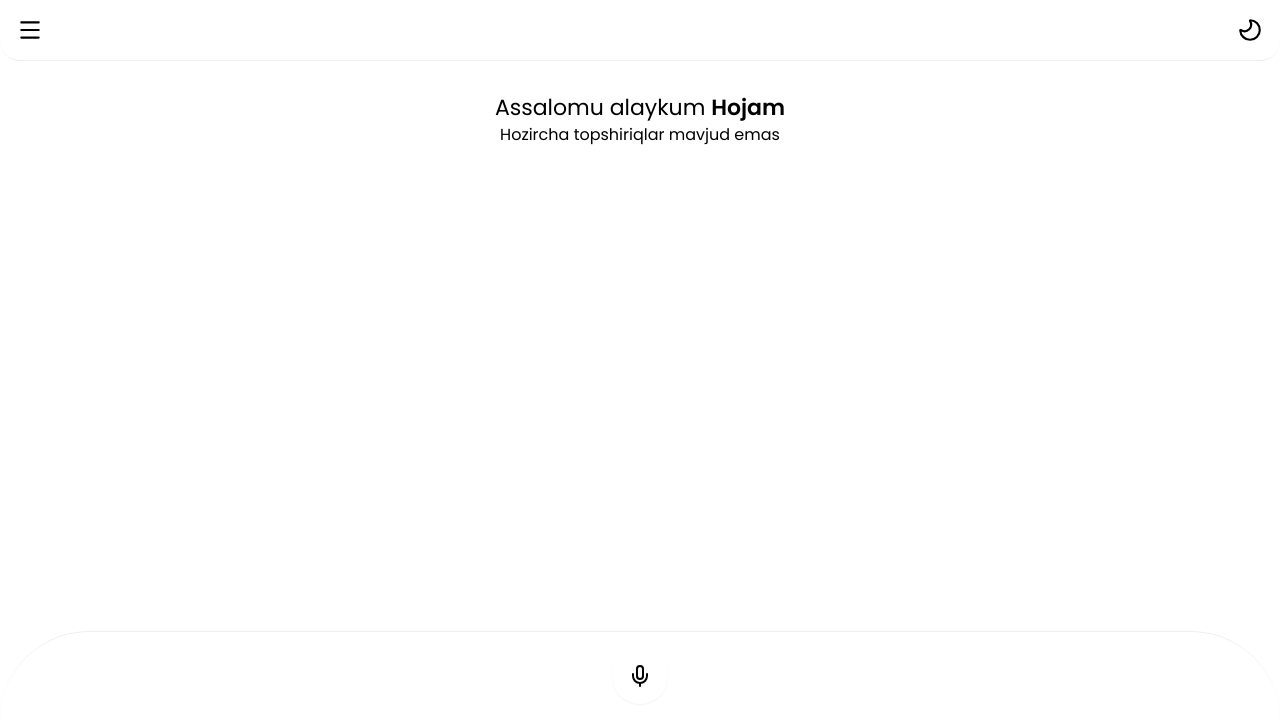
Repository: zaynobiddinovofficel-debug/KotibaAI
Page: / (app in web/)
An editor plug-in stored every save of this project. The page is shown before and after the next save, followed by the edit.
The browser window is 1280 px wide. The pictures show the whole page.
Some web fonts or font styles are not loaded; a fallback is used. The project was rebuilt for these pictures with package versions that can differ from the ones it lists, and the page was loaded fresh each time. Also part of the build but not shown: web/vite.config.js.

Above is the page before, as saved 2026-03-25 21:25:05.

### web/index.html
<!doctype html>
<html lang="en">
  <head>
    <meta charset="UTF-8" />
    <link rel="icon" type="image/svg+xml" href="/vite.svg" />
    <meta name="viewport" content="width=device-width, initial-scale=1.0" />
    <title>web</title>
    <link rel="preconnect" href="https://fonts.googleapis.com">
    <link rel="preconnect" href="https://fonts.gstatic.com" crossorigin>
    <link href="https://fonts.googleapis.com/css2?family=Barlow+Semi+Condensed:ital,wght@0,100;0,200;0,300;0,400;0,500;0,600;0,700;0,800;0,900;1,100;1,200;1,300;1,400;1,500;1,600;1,700;1,800;1,900&family=Big+Shoulders:opsz,wght@10..72,100..900&family=Chewy&family=Inter:ital,opsz,wght@0,14..32,100..900;1,14..32,100..900&family=Lexend+Deca:wght@100..900&family=Poppins:ital,wght@0,100;0,200;0,300;0,400;0,500;0,600;0,700;0,800;0,900;1,100;1,200;1,300;1,400;1,500;1,600;1,700;1,800;1,900&family=Roboto+Condensed:ital,wght@0,100..900;1,100..900&display=swap" rel="stylesheet">
  </head>
  <body class="font-[Poppins]">
    <div id="root"></div>
    <script type="module" src="/src/main.jsx"></script>
  </body>
</html>

### web/src/App.jsx
import { Button } from "@/components/ui/button"
import { MenuIcon, MicIcon, MoonIcon, PauseIcon, PlayIcon, SendIcon, SunIcon, XIcon } from "lucide-react"
import React from "react"
export default function App() {
  const barCount = 24;
  const sttApiKey = import.meta.env.VITE_UZBEKVOICE_API_KEY;
  const geminiApiKey = import.meta.env.VITE_GEMINI_API_KEY;
  const [tasks,setTasks] = React.useState(JSON.parse(localStorage.getItem("tasks")));
  const [username,setUsername] = React.useState(localStorage.getItem("username"));
  const [isLight,setIsLight] = React.useState(localStorage.getItem("theme")=="light");
  const [isRecording, setIsRecording] = React.useState(false);
  const [isPaused, setIsPaused] = React.useState(false);
  const [audioUrl, setAudioUrl] = React.useState(null);
  const [isPreviewPlaying, setIsPreviewPlaying] = React.useState(false);
  const [isSubmitting, setIsSubmitting] = React.useState(false);
  const [transcript, setTranscript] = React.useState("");
  const [geminiReply, setGeminiReply] = React.useState("");
  const [submitError, setSubmitError] = React.useState("");
  const [audioLevels, setAudioLevels] = React.useState(Array.from({ length: barCount }, () => 10));
  const mediaRecorderRef = React.useRef(null);
  const streamRef = React.useRef(null);
  const chunksRef = React.useRef([]);
  const recordAudioContextRef = React.useRef(null);
  const recordAnalyserRef = React.useRef(null);
  const previewAudioContextRef = React.useRef(null);
  const previewAnalyserRef = React.useRef(null);
  const animationFrameRef = React.useRef(null);
  const audioPreviewRef = React.useRef(null);
  const previewSourceRef = React.useRef(null);

  const rebuildAudioUrl = React.useCallback(() => {
    if (chunksRef.current.length === 0) return;

    setAudioUrl((currentUrl) => {
      if (currentUrl) {
        URL.revokeObjectURL(currentUrl);
      }

      return URL.createObjectURL(new Blob(chunksRef.current, { type: "audio/webm" }));
    });
  }, []);

  const stopVisualizer = React.useCallback(() => {
    if (animationFrameRef.current) {
      cancelAnimationFrame(animationFrameRef.current);
      animationFrameRef.current = null;
    }
    setAudioLevels(Array.from({ length: barCount }, () => 10));
  }, [barCount]);

  const startVisualizer = React.useCallback((analyser) => {
    const dataArray = new Uint8Array(analyser.frequencyBinCount);

    const updateLevels = () => {
      analyser.getByteFrequencyData(dataArray);
      const step = Math.max(1, Math.floor(dataArray.length / barCount));
      const nextLevels = Array.from({ length: barCount }, (_, index) => {
        const value = dataArray[index * step] ?? 0;
        return Math.max(10, Math.round((value / 255) * 64));
      });

      setAudioLevels(nextLevels);
      animationFrameRef.current = requestAnimationFrame(updateLevels);
    };

    updateLevels();
  }, [barCount]);

  const stopStream = React.useCallback(() => {
    if (streamRef.current) {
      streamRef.current.getTracks().forEach((track) => track.stop());
      streamRef.current = null;
    }
  }, []);

  const resetRecorder = React.useCallback(() => {
    if (audioPreviewRef.current) {
      audioPreviewRef.current.pause();
      audioPreviewRef.current.currentTime = 0;
    }

    setIsRecording(false);
    setIsPaused(false);
    setIsPreviewPlaying(false);
    stopVisualizer();

    if (previewAudioContextRef.current) {
      previewAudioContextRef.current.close();
      previewAudioContextRef.current = null;
    }
    if (recordAudioContextRef.current) {
      recordAudioContextRef.current.close();
      recordAudioContextRef.current = null;
    }

    previewAnalyserRef.current = null;
    recordAnalyserRef.current = null;
    previewSourceRef.current = null;
    mediaRecorderRef.current = null;
    chunksRef.current = [];

    setAudioUrl((currentUrl) => {
      if (currentUrl) {
        URL.revokeObjectURL(currentUrl);
      }

      return null;
    });
    stopStream();
  }, [stopStream, stopVisualizer]);

  const startRecording = React.useCallback(async () => {
    const stream = await navigator.mediaDevices.getUserMedia({ audio: true });
    const mediaRecorder = new MediaRecorder(stream);
    const audioContext = new window.AudioContext();
    const analyser = audioContext.createAnalyser();
    const source = audioContext.createMediaStreamSource(stream);

    chunksRef.current = [];
    streamRef.current = stream;
    mediaRecorderRef.current = mediaRecorder;
    recordAudioContextRef.current = audioContext;
    recordAnalyserRef.current = analyser;
    setAudioUrl((currentUrl) => {
      if (currentUrl) {
        URL.revokeObjectURL(currentUrl);
      }

      return null;
    });
    setIsPreviewPlaying(false);

    analyser.fftSize = 64;
    analyser.smoothingTimeConstant = 0.85;
    source.connect(analyser);

    mediaRecorder.ondataavailable = (event) => {
      if (event.data.size > 0) {
        chunksRef.current.push(event.data);
        rebuildAudioUrl();
      }
    };

    mediaRecorder.onstop = () => {
      resetRecorder();
    };

    mediaRecorder.start();
    startVisualizer(recordAnalyserRef.current);
    setIsRecording(true);
    setIsPaused(false);
  }, [rebuildAudioUrl, resetRecorder, startVisualizer]);

  const stopRecording = React.useCallback(() => {
    if (mediaRecorderRef.current && mediaRecorderRef.current.state !== "inactive") {
      mediaRecorderRef.current.stop();
      return;
    }

    resetRecorder();
  }, [resetRecorder]);

  const togglePause = React.useCallback(() => {
    if (!mediaRecorderRef.current) return;

    if (mediaRecorderRef.current.state === "recording") {
      mediaRecorderRef.current.pause();
      mediaRecorderRef.current.requestData();
      if (animationFrameRef.current) {
        cancelAnimationFrame(animationFrameRef.current);
        animationFrameRef.current = null;
      }
      setAudioLevels(Array.from({ length: barCount }, () => 10));
      setIsPaused(true);
      return;
    }

    if (mediaRecorderRef.current.state === "paused") {
      mediaRecorderRef.current.resume();
      if (recordAnalyserRef.current) {
        startVisualizer(recordAnalyserRef.current);
      }
      setIsPaused(false);
    }
  }, [barCount, startVisualizer]);

  const togglePreviewPlayback = React.useCallback(() => {
    if (!audioPreviewRef.current || !audioUrl) return;

    if (isPreviewPlaying) {
      audioPreviewRef.current.pause();
      audioPreviewRef.current.currentTime = 0;
      setIsPreviewPlaying(false);
      stopVisualizer();
      return;
    }

    if (!previewAudioContextRef.current) {
      const audioContext = new window.AudioContext();
      const analyser = audioContext.createAnalyser();
      const source = audioContext.createMediaElementSource(audioPreviewRef.current);

      analyser.fftSize = 64;
      analyser.smoothingTimeConstant = 0.85;
      source.connect(analyser);
      analyser.connect(audioContext.destination);

      previewAudioContextRef.current = audioContext;
      previewAnalyserRef.current = analyser;
      previewSourceRef.current = source;
    }

    if (previewAudioContextRef.current.state === "suspended") {
      previewAudioContextRef.current.resume();
    }
    if (previewAnalyserRef.current) {
      startVisualizer(previewAnalyserRef.current);
    }
    audioPreviewRef.current.play();
    setIsPreviewPlaying(true);
  }, [audioUrl, isPreviewPlaying, startVisualizer, stopVisualizer]);

  const sendRecording = React.useCallback(async () => {
    if (!sttApiKey) {
      setSubmitError("VITE_UZBEKVOICE_API_KEY envga qo'yilmagan");
      return;
    }

    if (chunksRef.current.length === 0) {
      setSubmitError("Yuborish uchun audio topilmadi");
      return;
    }

    try {
      setIsSubmitting(true);
      setSubmitError("");
      setTranscript("");
      setGeminiReply("");

      if (audioPreviewRef.current) {
        audioPreviewRef.current.pause();
        audioPreviewRef.current.currentTime = 0;
      }

      const formData = new FormData();
      const audioFile = new File([new Blob(chunksRef.current, { type: "audio/webm" })], "recording.webm", {
        type: "audio/webm",
      });

      formData.append("file", audioFile);
      formData.append("return_offsets", "false");
      formData.append("run_diarization", "false");
      formData.append("language", "uz");
      formData.append("blocking", "true");

      const response = await fetch("https://uzbekvoice.ai/api/v1/stt", {
        method: "POST",
        headers: {
          Authorization: sttApiKey,
        },
        body: formData,
      });

      const data = await response.json();

      if (!response.ok) {
        throw new Error(data?.message || data?.detail || "STT so'rovida xatolik");
      }

      const recognizedText = data?.result?.text || "";
      setTranscript(recognizedText);

      if (!geminiApiKey) {
        throw new Error("VITE_GEMINI_API_KEY envga qo'yilmagan");
      }

      const geminiResponse = await fetch(
        `https://generativelanguage.googleapis.com/v1beta/models/gemini-2.0-flash:generateContent?key=${geminiApiKey}`,
        {
          method: "POST",
          headers: {
            "Content-Type": "application/json",
          },
          body: JSON.stringify({
            contents: [
              {
                parts: [
                  {
                    text: `Siz Uzbek tilida ishlaydigan yordamchisiz. Foydalanuvchi nutqidan olingan matnni tahlil qiling, uning niyati va so'rovini qisqa aniqlang, keyin foydalanuvchiga foydali, aniq va qisqa javob yozing. Javobni faqat oddiy matn ko'rinishida qaytaring.\n\nNutq matni:\n${recognizedText}`,
                  },
                ],
              },
            ],
          }),
        }
      );

      const geminiData = await geminiResponse.json();

      if (!geminiResponse.ok) {
        throw new Error(
          geminiData?.error?.message || "Gemini so'rovida xatolik"
        );
      }

      const geminiText =
        geminiData?.candidates?.[0]?.content?.parts?.map((part) => part.text).join("") || "";

      setGeminiReply(geminiText);
      resetRecorder();
    } catch (error) {
      setSubmitError(error.message || "Audio yuborishda xatolik");
    } finally {
      setIsSubmitting(false);
    }
  }, [resetRecorder, sttApiKey]);

  React.useEffect(() => {
    return () => {
      if (mediaRecorderRef.current && mediaRecorderRef.current.state !== "inactive") {
        mediaRecorderRef.current.stop();
      }
      if (audioPreviewRef.current) {
        audioPreviewRef.current.pause();
      }
      if (previewAudioContextRef.current) {
        previewAudioContextRef.current.close();
        previewAudioContextRef.current = null;
      }
      if (recordAudioContextRef.current) {
        recordAudioContextRef.current.close();
        recordAudioContextRef.current = null;
      }
      previewAnalyserRef.current = null;
      recordAnalyserRef.current = null;
      resetRecorder();
    };
  }, [resetRecorder]);

  return (
    <div className="min-h-screen w-full flex flex-col items-center">
    <div className="px-3 py-3 max-w-[1280px] w-full border-b border-b-[#0001] flex justify-between rounded-bl-[20px] rounded-br-[20px]">
      <Button className={`w-[36px]`} variant={'ghost'}>
        <MenuIcon className="size-6.5" />
      </Button>
      <Button className={`w-[36px]`} variant={'ghost'}>
        {isLight?<SunIcon className="size-6.5" />:<MoonIcon className="size-6.5 rotate-270" />}
      </Button>
    </div>
    {(tasks==null||tasks.length==0)&&
    <div className="px-3 py-3 max-w-[1280px] w-full flex flex-col items-center my-6 text-center gap-2">
    <span className="text-[22px] leading-none">Assalomu alaykum <b className="font-[550]">
      {username==null?"Hojam":username}
    </b></span>
    <span className="leading-none">Hozircha topshiriqlar mavjud emas</span>
    </div>}
    {transcript&&<div className="px-3 py-3 max-w-[1280px] w-full">
      <div className="text-sm">{transcript}</div>
    </div>}
    {geminiReply&&<div className="px-3 py-3 max-w-[1280px] w-full">
      <div className="text-sm">{geminiReply}</div>
    </div>}
    {submitError&&<div className="px-3 py-2 max-w-[1280px] w-full text-sm text-red-600">{submitError}</div>}
    <div className="px-3 max-w-[1280px] w-full flex justify-center mt-auto border-t rounded-tl-full rounded-tr-full border-[#eee] bg-background/90 px-4 py-4 backdrop-blur-sm">
      <div className="flex w-full max-w-md flex-col items-center gap-4 ">
        {isRecording&&<div className="flex h-20 w-full items-end justify-center gap-1">
          {audioLevels.map((level, index) => (
            <div
              key={index}
              className={`w-2 rounded-full bg-primary/80 transition-all duration-75 ${isPaused ? "opacity-40" : ""}`}
              style={{ height: `${level}px` }}
            />
          ))}
        </div>}
        {audioUrl&&<audio
          ref={audioPreviewRef}
          src={audioUrl}
          onEnded={() => {
            setIsPreviewPlaying(false);
            stopVisualizer();
            setAudioLevels(Array.from({ length: barCount }, () => 10));
          }}
          className="hidden"
        />}
      <div className="flex items-center gap-3" >
        {isRecording&&<Button variant="outline" size="icon" aria-label="Cancel" onClick={stopRecording}>
          <XIcon className="size-5" />
        </Button>}
        <Button
          size="icon"
          className="size-14 rounded-full"
          aria-label={isPaused ? "Play chunk" : "Mic"}
          onClick={isRecording ? (isPaused ? togglePreviewPlayback : stopRecording) : startRecording}
          disabled={isSubmitting}
        >
          {isPaused ? <PlayIcon className="size-6 fill-current" /> : <MicIcon className="size-6" />}
        </Button>
        {isRecording&&<Button
          variant="secondary"
          size="icon"
          aria-label={isPaused ? "Send" : "Pause"}
          onClick={isPaused ? sendRecording : togglePause}
          disabled={isSubmitting}
        >
          {isPaused ? <SendIcon className="size-5" /> : <PauseIcon className="size-5 fill-current" />}
        </Button>}
      </div>
      </div>
    </div>
    </div>
  )
}

### web/src/components/ui/button.jsx
import * as React from "react"
import { Slot } from "@radix-ui/react-slot"
import { cva } from "class-variance-authority"

import { cn } from "@/lib/utils"

const buttonVariants = cva(
  "inline-flex items-center justify-center gap-2 whitespace-nowrap rounded-md text-sm font-medium transition-[color,box-shadow,transform] !duration-0 disabled:pointer-events-none disabled:opacity-50 [&_svg]:pointer-events-none [&_svg:not([class*='size-'])]:size-4 shrink-0 [&_svg]:shrink-0 outline-none focus-visible:border-ring focus-visible:ring-ring/50 focus-visible:ring-[3px] aria-invalid:ring-destructive/20 dark:aria-invalid:ring-destructive/40 aria-invalid:border-destructive active:scale-[0.98]",
  {
    variants: {
      variant: {
        default:
          "bg-primary text-primary-foreground shadow-xs hover:bg-primary/90",
        destructive:
          "bg-destructive text-white shadow-xs hover:bg-destructive/90 focus-visible:ring-destructive/20",
        outline:
          "border bg-background shadow-xs hover:bg-accent hover:text-accent-foreground",
        secondary:
          "bg-secondary text-secondary-foreground shadow-xs hover:bg-secondary/80",
        ghost: "hover:bg-accent hover:text-accent-foreground",
        link: "text-primary underline-offset-4 hover:underline",
      },
      size: {
        default: "h-9 px-4 py-2",
        sm: "h-8 rounded-md gap-1.5 px-3",
        lg: "h-10 rounded-md px-6",
        icon: "size-9",
      },
    },
    defaultVariants: {
      variant: "default",
      size: "default",
    },
  }
)

function Button({ className, variant, size, asChild = false, ...props }) {
  const Comp = asChild ? Slot : "button"

  return (
    <Comp
      data-slot="button"
      className={cn(buttonVariants({ variant, size, className }))}
      {...props}
    />
  )
}

export { Button, buttonVariants }

Loaded but not shown: web/src/main.jsx (common file); web/src/index.css (common file); web/src/lib/utils.js (common file)

After the next save:
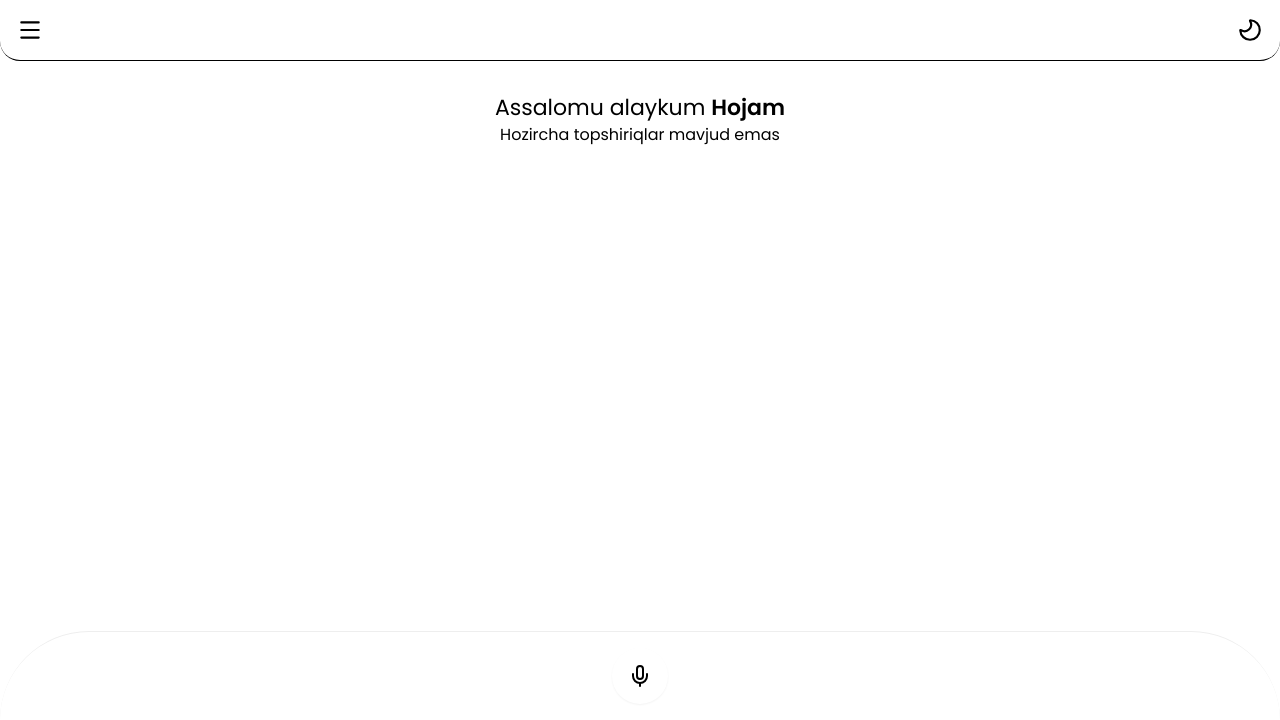
Saved 5 s later.
--- a/web/src/App.jsx
+++ b/web/src/App.jsx
@@ -339,7 +339,7 @@ export default function App() {
 
   return (
     <div className="min-h-screen w-full flex flex-col items-center">
-    <div className="px-3 py-3 max-w-[1280px] w-full border-b border-b-[#0001] flex justify-between rounded-bl-[20px] rounded-br-[20px]">
+    <div className="px-3 py-3 max-w-[1280px] w-full border-b border-b-[#000] flex justify-between rounded-bl-[20px] rounded-br-[20px]">
       <Button className={`w-[36px]`} variant={'ghost'}>
         <MenuIcon className="size-6.5" />
       </Button>
